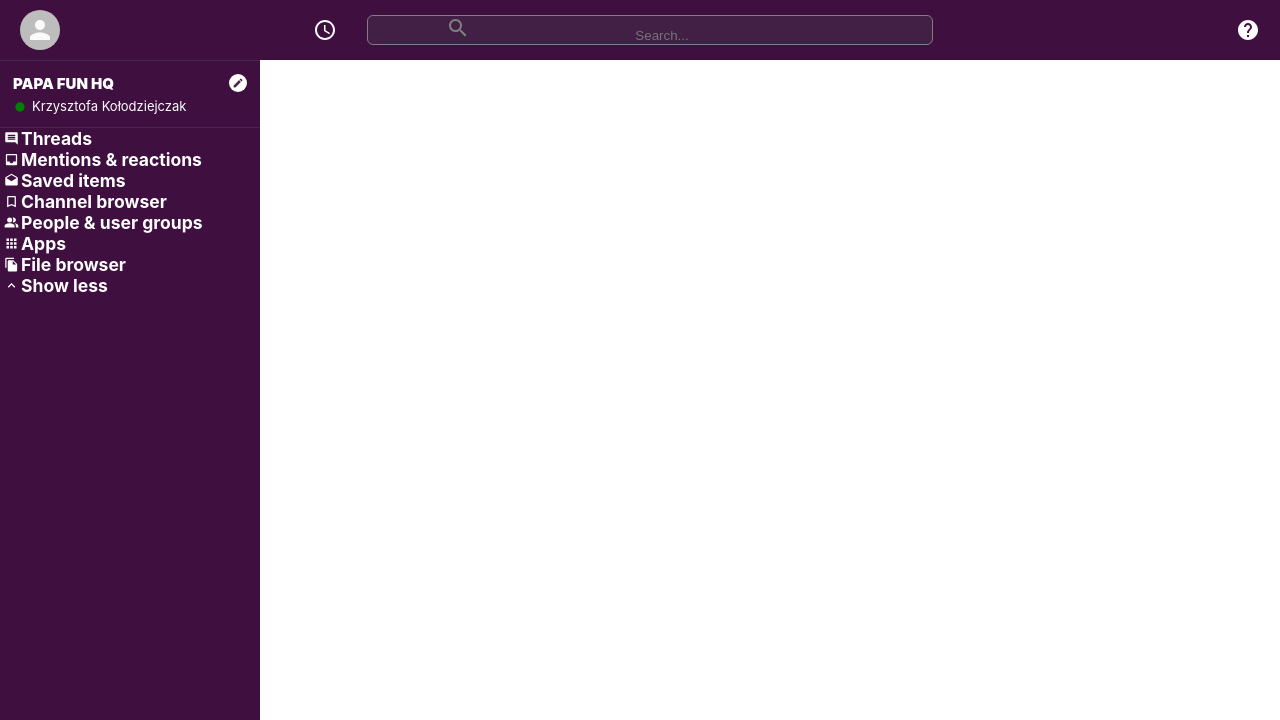
Repository: KrzysKolo/slackClone
Page: /
These files come from the project's save history. The page is drawn as it stood at one moment and after the next save; the edit follows.
The browser window is 1280 px wide. The pictures show the whole page.
The project was rebuilt for these pictures with package versions that can differ from the ones it lists, and the page was loaded fresh each time. Also part of the build but not shown: src/App.css, src/pages/About/About.js.

Above is the page before, as saved 2021-12-27 16:13:49.

### src/index.css
* {
  margin: 0;
  padding: 0;
  box-sizing: border-box;
}
body {
  --slack-color: #3f0f40;
  overflow: hidden;

  margin: 0;
  font-family: -apple-system, BlinkMacSystemFont, 'Segoe UI', 'Roboto', 'Oxygen',
    'Ubuntu', 'Cantarell', 'Fira Sans', 'Droid Sans', 'Helvetica Neue',
    sans-serif;
  -webkit-font-smoothing: antialiased;
  -moz-osx-font-smoothing: grayscale;
}

code {
  font-family: source-code-pro, Menlo, Monaco, Consolas, 'Courier New',
    monospace;
}

### src/App.js
import './App.css';
import {BrowserRouter as Router, Routes, Route, Link } from 'react-router-dom';
import { AppBody } from './style';
import { About } from './pages'
import { Header, Sidebar } from './components';

function App() {
  return (
    <Router>
      <>
        <Header />
        <AppBody>
          <Sidebar />
          <Routes>
            <Route path='/' exact  />
          </Routes>
        </AppBody>
      </>
    </Router>
  );
}

export default App;

### src/style.js
import styled from 'styled-components';

export const AppBody = styled.div`
  display: flex;
  height: 100vh;
`;

### src/components/index.js
export { default as Header } from './Header';
export { default as Sidebar } from './Sidebar';
export { default as SidebarOption } from './SidebarOption';

### src/components/SidebarOption/index.js
export { default } from './SidebarOption';

### src/components/Header/Header.js
import React from 'react';
import { HeaderContainer, HeaderLeft, HeaderAvatar, HeaderSearch, HeaderRight } from './style';
import AccessTimeIcon from '@material-ui/icons/AccessTime';
import SearchIcon from '@material-ui/icons/Search';
import HelpIcon from '@material-ui/icons/Help';


const Header = () => {
  return (
    <HeaderContainer>
      {/*  Header Left */}
      <HeaderLeft>
        <HeaderAvatar

         />
         <AccessTimeIcon />
      </HeaderLeft>
      {/*  Header Search */}
      <HeaderSearch>
        <SearchIcon />
        <input placeholder='Search...' />
      </HeaderSearch>
      {/*  Header Right */}
      <HeaderRight>
        <HelpIcon />
      </HeaderRight>
    </HeaderContainer>
  )
}

export default Header;

### src/components/Sidebar/Sidebar.js
import React from 'react';
import { SidebarContainer, SidebarHead, SidebarInfo } from './style';
import { SidebarOption } from './../';
import FiberManualRecordIcon from '@material-ui/icons/FiberManualRecord';
import CreateIcon from '@material-ui/icons/Create';
import InsertCommentIcon from '@material-ui/icons/InsertComment';
import InboxIcon from '@material-ui/icons/Inbox';
import DraftsIcon from '@material-ui/icons/Drafts';
import BookmarkBorderIcon from '@material-ui/icons/BookmarkBorder';
import PeopleAltIcon from '@material-ui/icons/PeopleAlt';
import AppsIcon from '@material-ui/icons/Apps';
import FileCopyIcon from '@material-ui/icons/FileCopy';
import ExpandLessIcon from '@material-ui/icons/ExpandLess';




const Sidebar = () => {
  return (
    <SidebarContainer>
      <SidebarHead>
        <SidebarInfo>
          <h2>PAPA FUN HQ</h2>
          <h3>
            <FiberManualRecordIcon  />
            Krzysztofa Kołodziejczak
          </h3>
        </SidebarInfo>
        <CreateIcon />
      </SidebarHead>
      <SidebarOption Icon={InsertCommentIcon} title="Threads" />
      <SidebarOption Icon={InboxIcon} title="Mentions & reactions" />
      <SidebarOption Icon={DraftsIcon} title="Saved items" />
      <SidebarOption Icon={BookmarkBorderIcon} title="Channel browser" />
      <SidebarOption Icon={PeopleAltIcon} title="People & user groups" />
      <SidebarOption Icon={AppsIcon} title="Apps" />
      <SidebarOption Icon={FileCopyIcon} title="File browser" />
      <SidebarOption Icon={ExpandLessIcon} title="Show less" />
    </SidebarContainer>
  )
}

export default Sidebar;

### src/components/SidebarOption/SidebarOption.js
import React from 'react';
import {SidebarOptionContainer, SidebarOptionChanel} from './style';

const SidebarOption = ({ Icon, title }) => {
  return (
    <SidebarOptionContainer>
      { Icon && <Icon style={{ fontSize: 15, margin: 2}}/> }
      {Icon ?
      (
        <h3>{title}</h3>
      )
      : (
        <SidebarOptionChanel>
          <span>#</span> {title}
        </SidebarOptionChanel>
      )}
    </SidebarOptionContainer>
  )
}

export default SidebarOption;

### src/components/Header/style.js
import styled from 'styled-components';
import { Avatar } from '@material-ui/core';

export const HeaderContainer = styled.header`
  display: flex;
  position: fixed;
  width: 100%;
  align-items: center;
  justify-content: space-between;
  padding: 10px 0;
  background-color: var(--slack-color);
  color: white;
`;
export const HeaderLeft = styled.div`
  flex: 0.3;
  display: flex;
  align-items: center;
  margin-left: 20px;
  > .MuiSvgIcon-root {
    margin-left: auto;
    margin-right: 30px;
  }
`;

export const HeaderAvatar = styled(Avatar)`
  cursor: pointer;

  :hover {
    opacity: 0.8;
  }
`;

export const HeaderSearch = styled.div`
  flex: 0.4;
  opacity: 1;
  border-radius: 6px;
  background-color: #421f44;
  text-align: center;
  padding: 0 50px;
  color: gray;
  border: 1px gray solid;
  > input {
    background-color: transparent;
    border: none;
    text-align: center;
    min-width: 30vw;
    outline: 0;
    color: white;
  }
`;
export const HeaderRight = styled.div`
  flex: 0.3;
  display: flex;
  align-items: flex-end;
  > .MuiSvgIcon-root {
    margin-left: auto;
    margin-right: 20px;
  }
`;

### src/components/Sidebar/style.js
import styled from 'styled-components';

export const SidebarContainer = styled.div`
  color: white;
  background-color: var(--slack-color);
  flex: 0.3;
  border-top: 1px solid #49274b;
  max-width: 260px;
  margin-top: 60px;
`;

export const SidebarHead = styled.div`
  display: flex;
  border-bottom: 1px solid #49274b;
  padding: 13px;
  > .MuiSvgIcon-root {
    padding: 3px;
    color: #49274b;
    font-size: 18px;
    background: #fff;
    border-radius: 50%;
  }
`;

export const SidebarInfo = styled.div`
  flex: 1;
  > h2 {
  font-size: 15px;
  font-weight: 900;
  margin-bottom: 5px;
  }
  > h3 {
    display: flex;
    font-size: 13px;
    font-weight: 400;
    align-items: center;
  }
  > h3 > .MuiSvgIcon-root {
      font-size: 14px;
      margin-right: 5px;
      margin-top: 1px;
      color: green;
    }
`;

### src/components/SidebarOption/style.js
import styled from 'styled-components';

export const SidebarOptionContainer = styled.div`
  display: flex;
  font-size: 15px;
  align-items: center;
  padding-left: 2px;
  cursor: pointer;
`;
export const SidebarOptionChanel = styled.div``;

Loaded but not shown: public/index.html (common file); src/index.js (common file); src/pages/index.js (common file); src/pages/About/index.js (common file); src/components/Header/index.js (common file); src/components/Sidebar/index.js (common file)

After the next save:
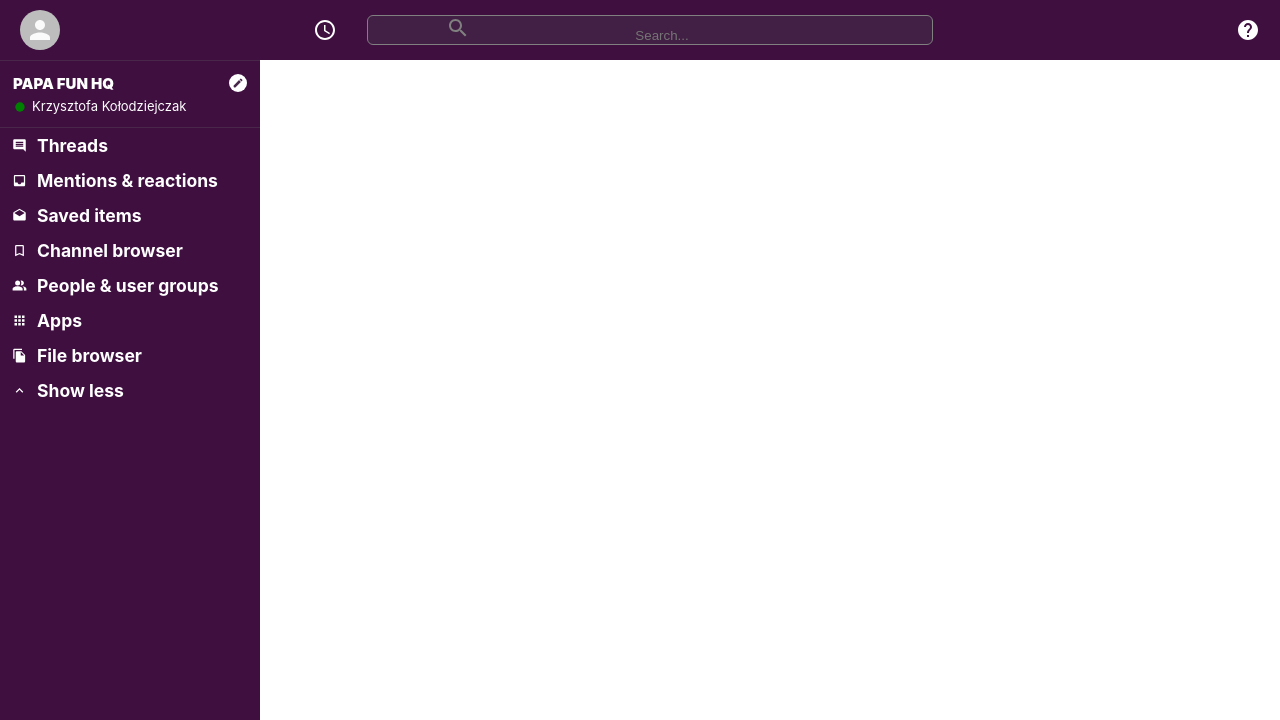
Saved 4 s later.
--- a/src/components/SidebarOption/SidebarOption.js
+++ b/src/components/SidebarOption/SidebarOption.js
@@ -4,7 +4,7 @@ import {SidebarOptionContainer, SidebarOptionChanel} from './style';
 const SidebarOption = ({ Icon, title }) => {
   return (
     <SidebarOptionContainer>
-      { Icon && <Icon style={{ fontSize: 15, margin: 2}}/> }
+      { Icon && <Icon style={{ fontSize: 15, margin: 10}}/> }
       {Icon ?
       (
         <h3>{title}</h3>
